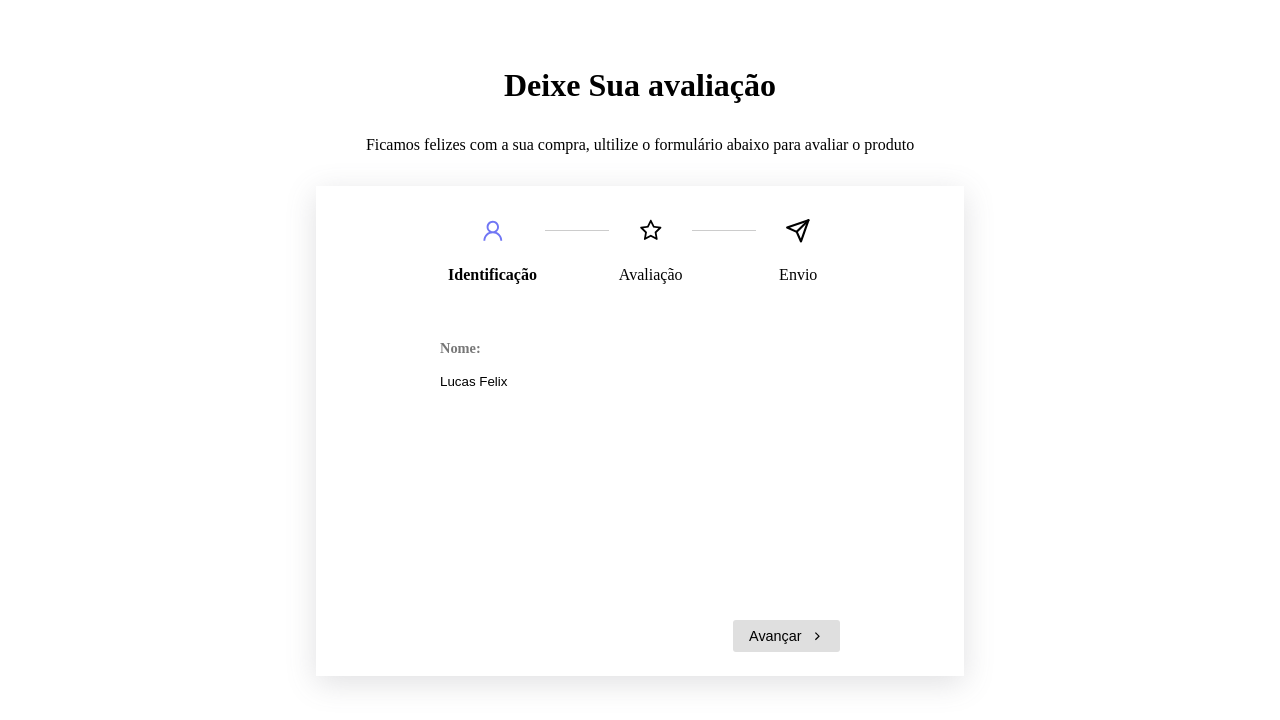
Repository: pheonix5/formulario_stap
Page: /
An editor plug-in stored every save of this project. The page is shown before and after a run of saves, followed by the edit.
The browser window is 1280 px wide. The pictures show the whole page.
The project was rebuilt for these pictures with package versions that can differ from the ones it lists, and the page was loaded fresh each time. Also part of the build but not shown: vite.config.js, src/components/ReviewForm.css, src/components/ReviewForm.tsx, src/components/Thanks.css, src/components/Thanks.tsx.

Above is the page before, as saved 2023-05-24 21:15:03.

After the next 3 saves:
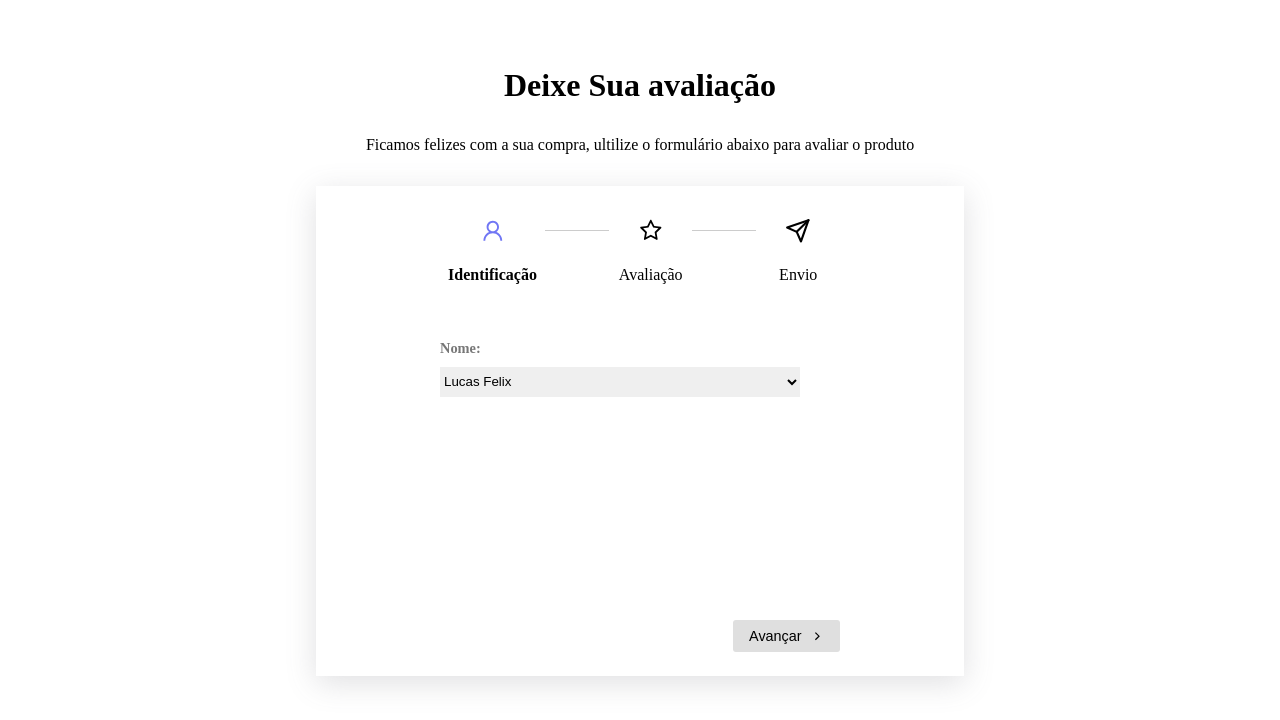
The 3 saves are shown as one change because they came seconds apart.
The last was saved 111 s later.
--- a/src/components/UserForm.css
+++ b/src/components/UserForm.css
@@ -5,6 +5,4 @@
   padding: 0;
   border: none;
   outline: none;
-  background: transparent;
-  appearance: none;
 }
